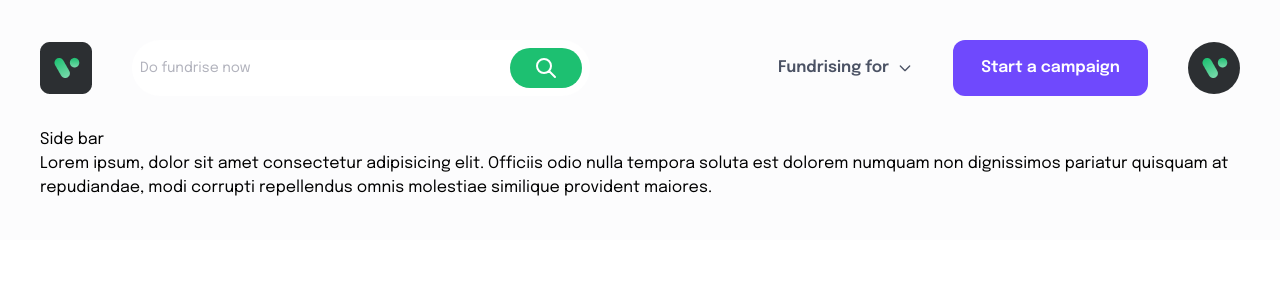
Repository: hoang0508/CrowFunding-APP
Page: /
These files come from the project's save history. The page is drawn as it stood at one moment and after the next save; the edit follows.
The browser window is 1280 px wide. The pictures show the whole page.
The project was rebuilt for these pictures with package versions that can differ from the ones it lists, and the page was loaded fresh each time. Also part of the build but not shown: src/components/common/ErrorComponent.js, src/components/button/ButtonGoogle.js, src/components/icons/IconEyeToggle.js. Imported but missing from the stored project, and not drawn on this page: src/store/reducers.

Above is the page before, as saved 2022-07-21 09:13:02.

### public/index.html
<!DOCTYPE html>
<html lang="en">
  <head>
    <meta charset="utf-8" />
    <link rel="icon" href="%PUBLIC_URL%/favicon.ico" />
    <meta name="viewport" content="width=device-width, initial-scale=1" />
    <meta name="theme-color" content="#000000" />
    <meta
      name="description"
      content="Web site created using create-react-app"
    />
    <link rel="apple-touch-icon" href="%PUBLIC_URL%/logo192.png" />
    <!--
      manifest.json provides metadata used when your web app is installed on a
      user's mobile device or desktop. See https://developers.google.com/web/fundamentals/web-app-manifest/
    -->
    <link rel="manifest" href="%PUBLIC_URL%/manifest.json" />
    <!--
      Notice the use of %PUBLIC_URL% in the tags above.
      It will be replaced with the URL of the `public` folder during the build.
      Only files inside the `public` folder can be referenced from the HTML.

      Unlike "/favicon.ico" or "favicon.ico", "%PUBLIC_URL%/favicon.ico" will
      work correctly both with client-side routing and a non-root public URL.
      Learn how to configure a non-root public URL by running `npm run build`.
    -->
    <link rel="preconnect" href="https://fonts.googleapis.com" />
    <link rel="preconnect" href="https://fonts.gstatic.com" crossorigin />
    <link
      href="https://fonts.googleapis.com/css2?family=Epilogue:wght@400;500;600;700&display=swap"
      rel="stylesheet"
    />
    <title>Crowfunding App</title>
  </head>
  <body>
    <noscript>You need to enable JavaScript to run this app.</noscript>
    <div id="root"></div>
    <!--
      This HTML file is a template.
      If you open it directly in the browser, you will see an empty page.

      You can add webfonts, meta tags, or analytics to this file.
      The build step will place the bundled scripts into the <body> tag.

      To begin the development, run `npm start` or `yarn start`.
      To create a production bundle, use `npm run build` or `yarn build`.
    -->
  </body>
</html>

### src/index.js
import React from "react";
import { createRoot } from "react-dom/client";
import App from "./App";
import reportWebVitals from "./reportWebVitals";
import "./index.scss";
import { Provider } from "react-redux";
import { store } from "./store/configureStore";
import { BrowserRouter } from "react-router-dom";

const container = document.getElementById("root");
const root = createRoot(container);

root.render(
  <BrowserRouter>
    <Provider store={store}>
      <App />
    </Provider>
  </BrowserRouter>
);

// If you want to start measuring performance in your app, pass a function
// to log results (for example: reportWebVitals(console.log))
// or send to an analytics endpoint. Learn more: https://bit.ly/CRA-vitals
reportWebVitals();

### src/App.js
import React, { lazy, Suspense } from "react";
import { Route, Routes } from "react-router-dom";
const SignUpPage = lazy(() => import("./pages/SignUpPage"));
const SignInPage = lazy(() => import("./pages/SignInPage"));
const DashboardPage = lazy(() => import("pages/DashboardPage"));

function App() {
  return (
    <Suspense fallback={<></>}>
      <Routes>
        <Route path="/" element={<DashboardPage />}></Route>
        <Route path="/sign-up" element={<SignUpPage />}></Route>
        <Route path="/sign-in" element={<SignInPage />}></Route>
      </Routes>
    </Suspense>
  );
}

export default App;

### src/index.scss
@tailwind base;
@tailwind components;
@tailwind utilities;
@layer base {
  body {
    @apply font-primary text-base font-normal;
    line-height: 1.5;
  }
  input {
    @apply outline-none;
  }
}

input:focus + .error-input {
  display: none;
}

### src/store/configureStore.js
import { configureStore } from "@reduxjs/toolkit";
import createSagaMiddleware from "@redux-saga/core";
import logger from "redux-logger";
import { reducer } from "./reducers";
const sagaMiddleware = createSagaMiddleware();

export const store = configureStore({
  reducer: reducer,
  middleware: (gDM) => gDM().concat(logger, sagaMiddleware),
});
// sagaMiddleware.run(rootSaga);

### src/pages/DashboardPage.js
import LayoutDashboard from "layout/LayoutDashboard";
import React from "react";

const DashboardPage = () => {
  return (
    <LayoutDashboard>
      Lorem ipsum, dolor sit amet consectetur adipisicing elit. Officiis odio
      nulla tempora soluta est dolorem numquam non dignissimos pariatur quisquam
      at repudiandae, modi corrupti repellendus omnis molestiae similique
      provident maiores.
    </LayoutDashboard>
  );
};

export default DashboardPage;

### src/components/button/index.js
export const { default: Button } = require("./Button");
export const { default: ButtonGoogle } = require("./ButtonGoogle");

### src/layout/LayoutDashboard.js
import DashboardSidebar from "modules/dashboard/DashboardSidebar";
import DashboardTopbar from "modules/dashboard/DashboardTopbar";
import React from "react";

const LayoutDashboard = ({ children }) => {
  return (
    <div className="p-10 bg-lite">
      <DashboardTopbar></DashboardTopbar>
      <div>
        <DashboardSidebar></DashboardSidebar>
        <div>{children}</div>
      </div>
    </div>
  );
};

export default LayoutDashboard;

### src/components/button/Button.js
import React from "react";
import PropTypes from "prop-types";
import classNames from "utils/className";

const Button = ({
  type,
  children,
  className = "",
  isLoading = false,
  ...rest
}) => {
  const child = !!isLoading ? (
    <div className="w-10 h-10 border-4 border-white border-t-transparent border-b-transparent rounded-full animate-spin"></div>
  ) : (
    children
  );
  return (
    <button
      type={type}
      className={classNames(
        "font-semibold p-4 rounded-xl flex justify-center items-center min-h-[56px]  text-white",
        !!isLoading ? "opacity-50 pointer-events-none" : "",
        className
      )}
      // className={`font-semibold py-4 rounded-xl flex justify-center items-center min-h-[56px]
      // ${className} text-white ${
      //   !!isLoading ? "opacity-50 pointer-events-none" : ""
      // }`}
      {...rest}
    >
      {child}
    </button>
  );
};

Button.propTypes = {
  type: PropTypes.string.isRequired,
  className: PropTypes.string,
  children: PropTypes.node,
  isLoading: PropTypes.bool,
};

export default Button;

### src/modules/dashboard/DashboardSidebar.js
import React from "react";

const DashboardSidebar = () => {
  return <div>Side bar</div>;
};

export default DashboardSidebar;

### src/modules/dashboard/DashboardTopbar.js
import { Button } from "components/button";
import React from "react";
import DashboardFunc from "./DashboardFunc";
import DashboardSearch from "./DashboardSearch";

const DashboardTopbar = () => {
  return (
    <div className="flex items-center justify-between mb-8">
      <div className="flex items-center gap-x-10 flex-1">
        <img src="/logo.png" alt="crowfunding-app" />
        <div className="w-full max-w-[458px] ">
          <DashboardSearch></DashboardSearch>
        </div>
      </div>
      <div className="flex items-center gap-x-10 flex-1 justify-end">
        <DashboardFunc></DashboardFunc>
        <Button className="bg-secondary px-7">Start a campaign</Button>
        <img
          src="/logo.png"
          alt="crowfunding-app"
          className="rounded-full object-cover"
        />
      </div>
    </div>
  );
};

export default DashboardTopbar;

### src/utils/className.js
export default function classNames(...args) {
  return args
    .reduce((acc, val) => {
      if (typeof val === "string") {
        return acc.concat(val.split(" "));
      }
      return acc.concat(Object.values(val));
    }, [])
    .join(" ");
}

### src/modules/dashboard/DashboardFunc.js
import React from "react";

const DashboardFunc = () => {
  return (
    <div className="text-text2 font-semibold flex items-center gap-x-2">
      <span>Fundrising for</span>
      <span className="w-4">
        <svg
          xmlns="http://www.w3.org/2000/svg"
          className="h-6 w-6 max-w-full"
          fill="none"
          viewBox="0 0 24 24"
          stroke="currentColor"
        >
          <path
            strokeLinecap="round"
            strokeLinejoin="round"
            strokeWidth={2}
            d="M19 9l-7 7-7-7"
          />
        </svg>
      </span>
    </div>
  );
};

export default DashboardFunc;

### src/modules/dashboard/DashboardSearch.js
import React from "react";

const DashboardSearch = () => {
  return (
    <div className="bg-white rounded-full shadow-[10px_10px_20px_rgba(218, 213, 213, 0.15)] p-2 flex items-center">
      <div className="flex-1">
        <input
          type="text"
          placeholder="Do fundrise now"
          className=" w-full text-sm font-normal placeholder:text-text4 text-text1"
        />
      </div>
      <button className="w-[72px] h-10 rounded-full bg-primary text-white flex items-center justify-center flex-shrink-0">
        <svg
          xmlns="http://www.w3.org/2000/svg"
          className="h-6 w-6"
          fill="none"
          viewBox="0 0 24 24"
          stroke="currentColor"
        >
          <path
            strokeLinecap="round"
            strokeLinejoin="round"
            strokeWidth={2}
            d="M21 21l-6-6m2-5a7 7 0 11-14 0 7 7 0 0114 0z"
          />
        </svg>
      </button>
    </div>
  );
};

export default DashboardSearch;

### tailwind.config.js
module.exports = {
  darkMode: "class",
  content: ["./src/**/*.{js,jsx,ts,tsx}"],
  theme: {
    extend: {
      fontFamily: {
        primary: ["Epilogue", "sans-serif;"],
      },
      colors: {
        primary: "#1DC071",
        secondary: "#6F49FD",
        text1: "#171725",
        text2: "#4B5264",
        text3: "#808191",
        text4: "#B2B3BD",
        "icon-color": "#A2A2A8",
        white: "#FFFFFF",
        whiteSoft: "#FCFBFF",
        graySoft: "#FCFCFC",
        strock: "#F1F1F3",
        lite: "#FCFCFD",
        error: "#EB5757",
        darkbg: "#13131A",
        darkSecondary: "#1C1C24",
        softDark: "#22222C",
        darkSoft: "#24242C",
        darkStroke: "#3A3A43",
      },
    },
  },
  plugins: [],
};

### src/components/icons/index.js
export const { default: IconEyeToggle } = require("./IconEyeToggle");
export const { default: IconDashboard } = require("./IconDashboard");

### src/components/icons/IconDashboard.js
import React from "react";

const IconDashboard = () => {
  return (
    <span>
      <svg
        width={24}
        height={24}
        viewBox="0 0 24 24"
        fill="none"
        xmlns="http://www.w3.org/2000/svg"
      >
        <path
          fillRule="evenodd"
          clipRule="evenodd"
          d="M3 6.5C3 3.87479 3.02811 3 6.5 3C9.97189 3 10 3.87479 10 6.5C10 9.12521 10.0111 10 6.5 10C2.98893 10 3 9.12521 3 6.5Z"
          stroke="currentColor"
          strokeWidth={2}
          strokeLinecap="round"
          strokeLinejoin="round"
        />
        <path
          fillRule="evenodd"
          clipRule="evenodd"
          d="M14 6.5C14 3.87479 14.0281 3 17.5 3C20.9719 3 21 3.87479 21 6.5C21 9.12521 21.0111 10 17.5 10C13.9889 10 14 9.12521 14 6.5Z"
          stroke="currentColor"
          strokeWidth={2}
          strokeLinecap="round"
          strokeLinejoin="round"
        />
        <path
          fillRule="evenodd"
          clipRule="evenodd"
          d="M3 17.5C3 14.8748 3.02811 14 6.5 14C9.97189 14 10 14.8748 10 17.5C10 20.1252 10.0111 21 6.5 21C2.98893 21 3 20.1252 3 17.5Z"
          stroke="currentColor"
          strokeWidth={2}
          strokeLinecap="round"
          strokeLinejoin="round"
        />
        <path
          fillRule="evenodd"
          clipRule="evenodd"
          d="M14 17.5C14 14.8748 14.0281 14 17.5 14C20.9719 14 21 14.8748 21 17.5C21 20.1252 21.0111 21 17.5 21C13.9889 21 14 20.1252 14 17.5Z"
          stroke="currentColor"
          strokeWidth={2}
          strokeLinecap="round"
          strokeLinejoin="round"
        />
      </svg>
    </span>
  );
};

export default IconDashboard;

Loaded but not shown: src/reportWebVitals.js (common file)

After the next save:
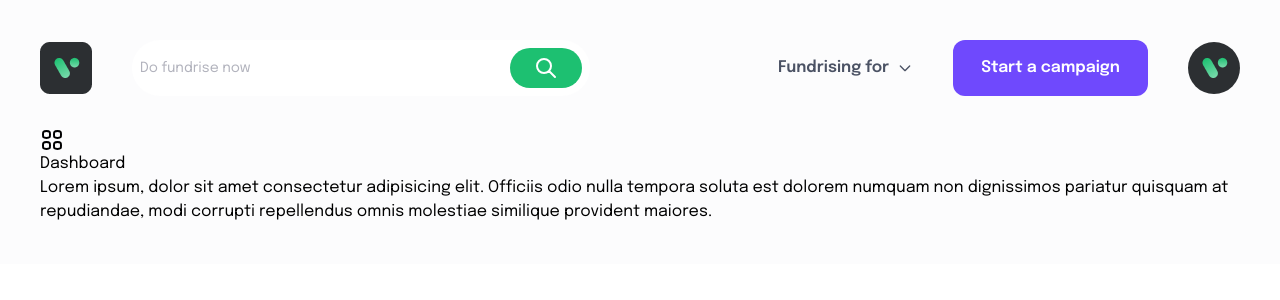
Saved 2 min 7 s later.
--- a/src/modules/dashboard/DashboardSidebar.js
+++ b/src/modules/dashboard/DashboardSidebar.js
@@ -1,7 +1,25 @@
+import { IconDashboard } from "components/icons";
 import React from "react";
 
+const sidebarLinks = [
+  {
+    icon: <IconDashboard></IconDashboard>,
+    title: "Dashboard",
+    url: "/",
+  },
+];
+
 const DashboardSidebar = () => {
-  return <div>Side bar</div>;
+  return (
+    <div>
+      {sidebarLinks.map((link) => (
+        <div key={link.title}>
+          {link.icon}
+          {link.title}
+        </div>
+      ))}
+    </div>
+  );
 };
 
 export default DashboardSidebar;
